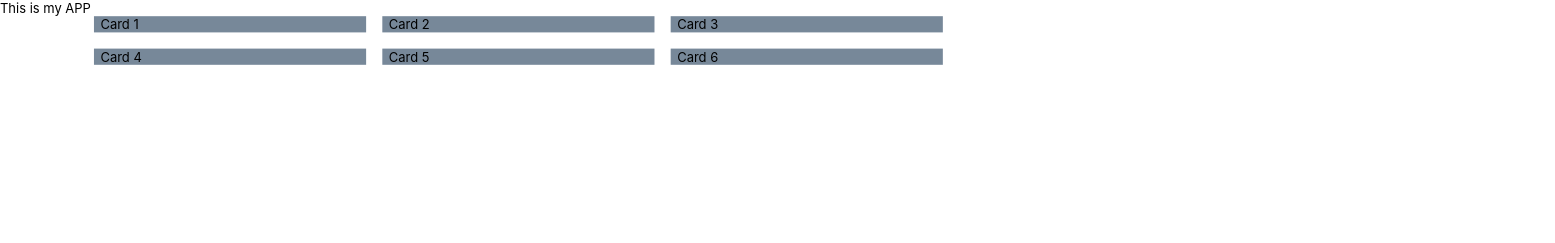
Repository: vnevescode/ui-components-react
Page: /
These files come from the project's save history. The page is drawn as it stood at one moment and after the next save; the edit follows.
The browser window is 1280 px wide. The page is 1280 px wide, then 1920 px, so the pictures cover 1920 px, including what lies to the right of the window. The pictures show the whole page, at 81% of full size.
The project was rebuilt for these pictures with package versions that can differ from the ones it lists, and the page was loaded fresh each time.

Above is the page before, as saved 2022-06-09 22:23:06.

### src/App.js
import React from 'react';
import Cards from './components/Cards/Cards';

function App() {
  return (
    <div className="App">
      <div>This is my APP</div>
      <Cards/>
    </div>
  );
}

export default App;

### src/components/Cards/Cards.jsx
import React from 'react'
import './Cards.style.css'

const Cards = () => {
  return (
    <>
        <div className="cards">
            {/* A card with given width */}
            <div className="cards__item">
                {'Card 1'}
            </div>
            {/* Repeat other cards */}
            <div className="cards__item">
                {'Card 2'}
            </div>
            <div className="cards__item">
                {'Card 3'}
            </div>
            <div className="cards__item">
                {'Card 4'}
            </div>
            <div className="cards__item">
                {'Card 5'}
            </div>
            <div className="cards__item">
                {'Card 6'}
            </div>
        </div>
    </>
  )
}

export default Cards

### src/components/Cards/Cards.style.css

.cards{
    display: flex;
    /* flex-direction: column; */
    justify-content: center;
    flex-wrap: wrap;
    gap: 20px;
    width: 100%;
}

.cards__item{
    /* width: 50px;
    height: 50px; */
    flex-basis: 25%;
    padding-left: 8px;
    padding-right: 8px;
    background-color: lightslategray;
}

Loaded but not shown: public/index.html (common file); src/index.js (common file); src/index.css (common file)

After the next save:
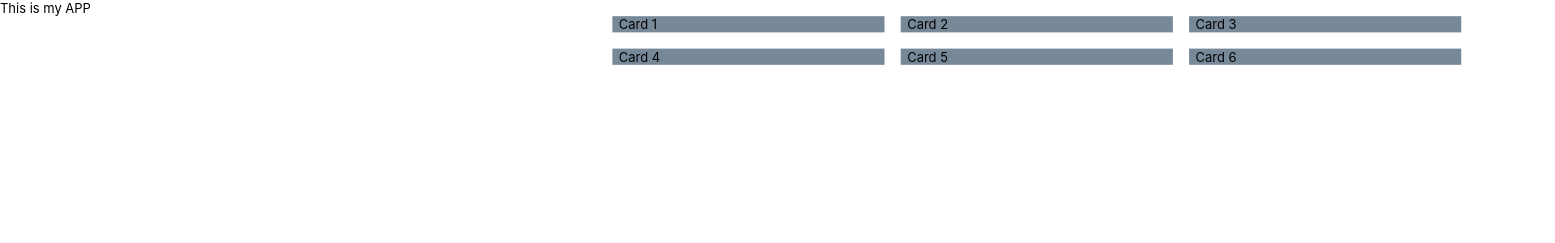
Saved 32 s later.
--- a/src/components/Cards/Cards.style.css
+++ b/src/components/Cards/Cards.style.css
@@ -6,6 +6,7 @@
     flex-wrap: wrap;
     gap: 20px;
     width: 100%;
+    margin: 0 50%;
 }
 
 .cards__item{
